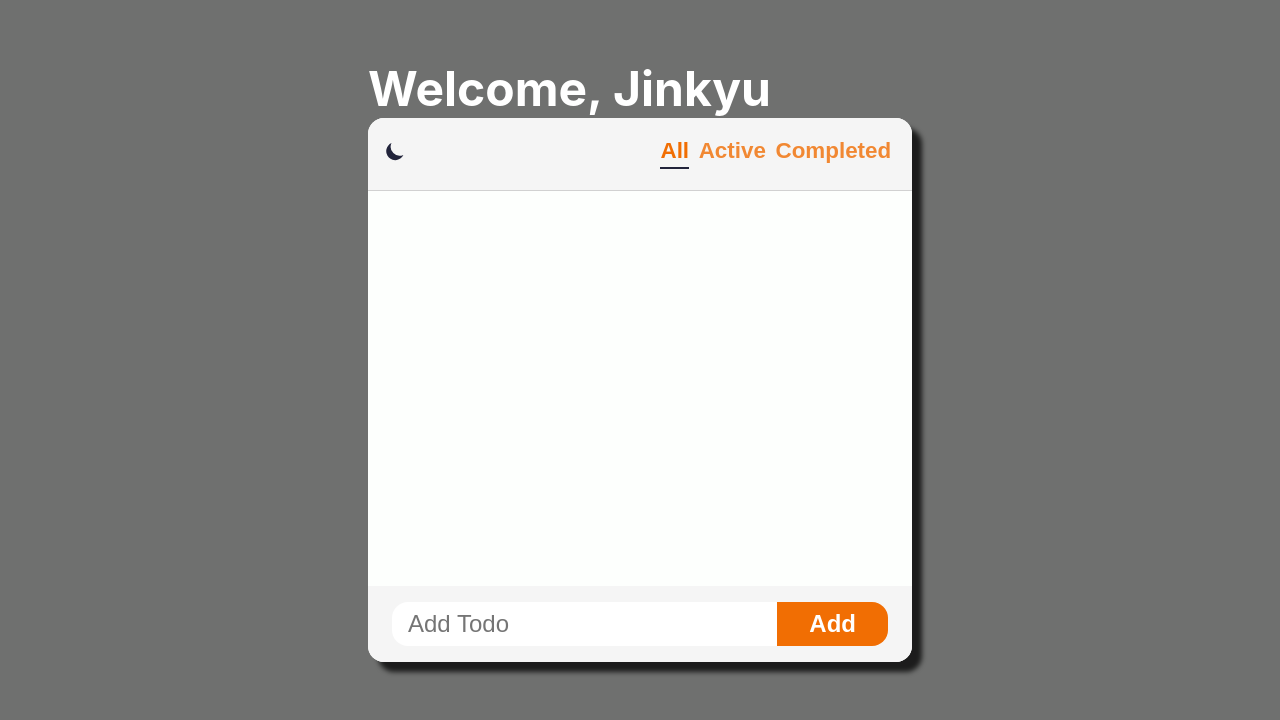
Repository: MrJinkyu/TodoList
Page: /
The author's editor kept a copy of each file at every save. The page is drawn from the files as they stood at one save, then again after the next save.
The browser window is 1280 px wide. The pictures show the whole page.
The project was rebuilt for these pictures with package versions that can differ from the ones it lists, and the page was loaded fresh each time. Also part of the build but not shown: src/components/Todo.module.css, src/components/Todo.jsx.

Above is the page before, as saved 2023-05-01 16:07:21.

After the next save:
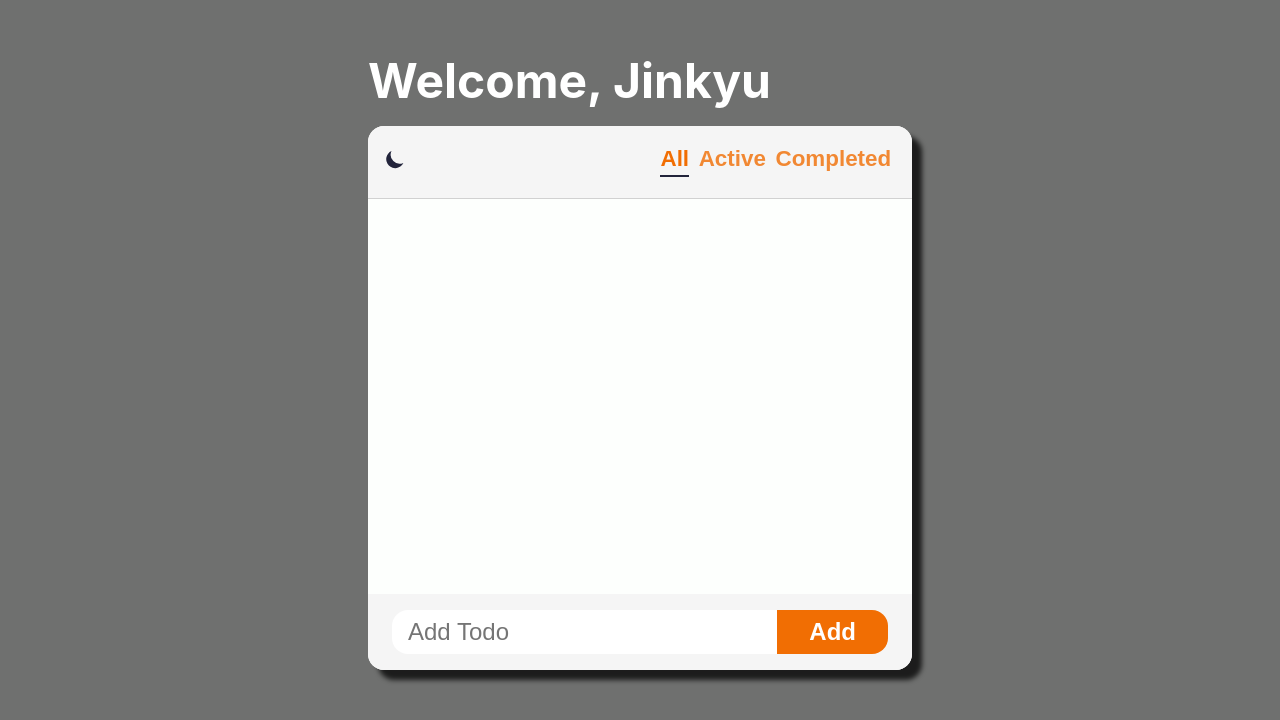
Saved 7 s later.
--- a/src/components/Greeting.module.css
+++ b/src/components/Greeting.module.css
@@ -1,4 +1,5 @@
 .greeting{
     color: var(--color-white);
     font-size: 3rem;
+    margin-bottom: 1rem;
 }
